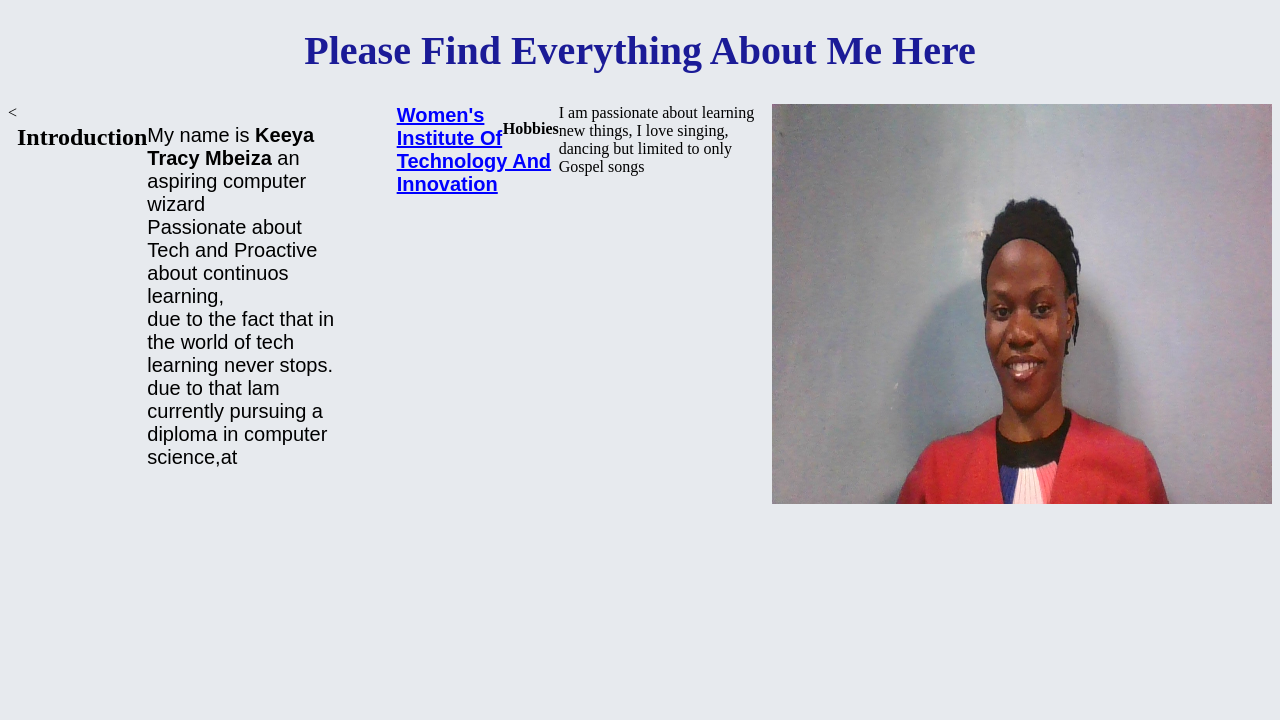
Repository: tracykeeya/my_first_web
Page: index.html
An editor plug-in stored every save of this project. The page is shown before and after the next save, followed by the edit.
The browser window is 1280 px wide. The pictures show the whole page.

Above is the page before, as saved 2025-11-03 11:44:33.

### index.html
<!DOCTYPE html>
<html lang="en">
<head>
    <meta charset="UTF-8">
    <meta name="viewport" content="width=device-width, initial-scale=1.0">
    <title>My First Web Page</title>
</head>
<body style="background-color: rgb(231, 234, 238)" font-family="Arial, Helvetica, sans-serif" margin: 40px; color: #333;>

    <!-- my first heading -->
    <h1 style="text-align: center; color: rgb(27, 27, 151); font-size: 40px; margin-bottom: 30px;">Please Find Everything About Me Here</h1>

    <!-- putting the text and the img in one section -->
    <div style="display: flex; align-items: flex-start; justify-content: space-between;">
        <
    <h2>Introduction</h2>

    <p style="font-size: 20px; font-family: Arial, Helvetica, sans-serif; text-align: left; color: rgb(0, 0, 0)">My name is<strong> Keeya Tracy Mbeiza</strong> an aspiring computer wizard<br>Passionate about Tech and Proactive about continuos learning,<br> due to the fact that in the world of tech learning never stops.<br> due to that lam currently pursuing a diploma in computer science,at<br>
        </br></p>
    <a href="https://www.witi.ac.ug/" style="position: relative; left: 50px; color: rgb(0, 0, 255); font-size: 20px; font-family: Arial, Helvetica, sans-serif"><b> Women's Institute Of Technology And Innovation</b></a>

    <p><b>Hobbies</b></p>
    I am passionate about learning new things,
    I love singing, dancing but limited to only Gospel songs


    <!-- <img src="https://www.witi.ac.ug/wp-content/uploads/2020/08/WhatsApp-Image-2020-08-14-at-11.16.16-AM.jpeg" alt=""> -->
    <img src="/Tracy.jpg " alt="" width="500px" height="400px";>
   </div>
</body>
</html>

After the next save:
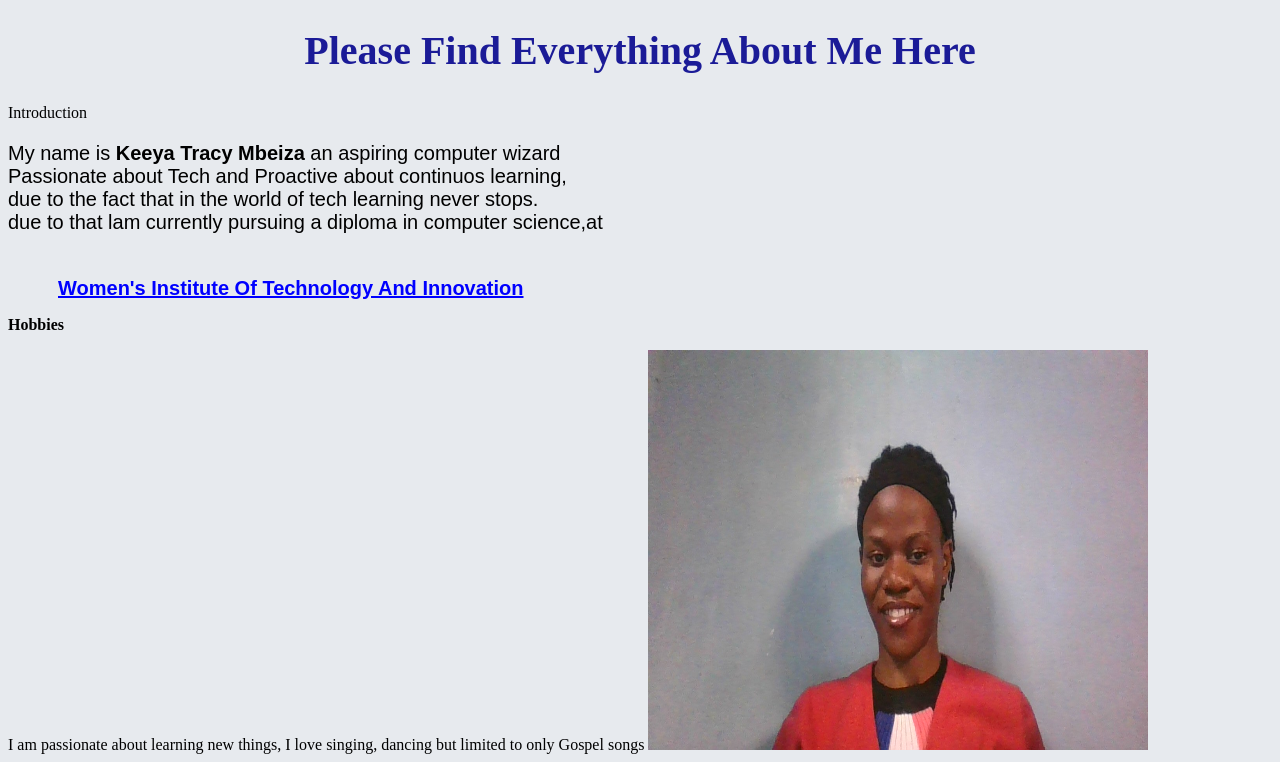
Saved 6 s later.
--- a/index.html
+++ b/index.html
@@ -12,7 +12,7 @@
 
     <!-- putting the text and the img in one section -->
     <div style="display: flex; align-items: flex-start; justify-content: space-between;">
-        <
+        <div
     <h2>Introduction</h2>
 
     <p style="font-size: 20px; font-family: Arial, Helvetica, sans-serif; text-align: left; color: rgb(0, 0, 0)">My name is<strong> Keeya Tracy Mbeiza</strong> an aspiring computer wizard<br>Passionate about Tech and Proactive about continuos learning,<br> due to the fact that in the world of tech learning never stops.<br> due to that lam currently pursuing a diploma in computer science,at<br>
